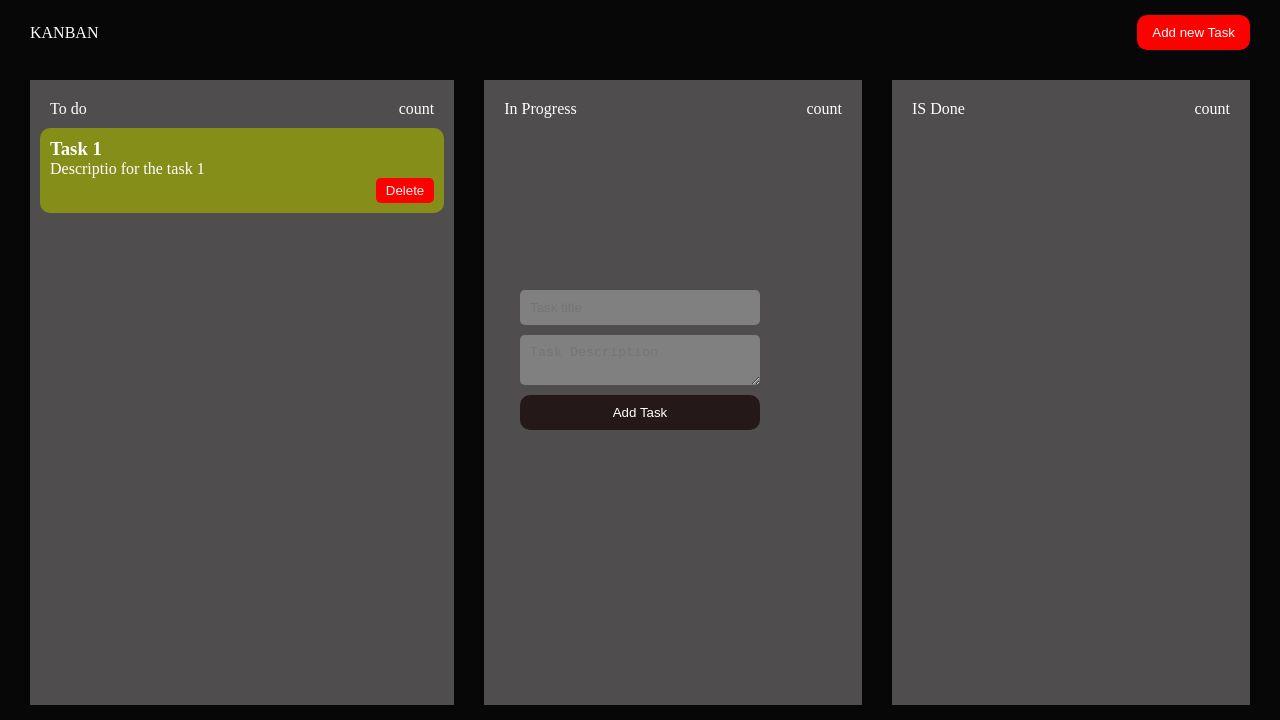
Repository: Sandeepji-5/Kanban-board
Page: index.html
The author's editor kept a copy of each file at every save. The page is drawn from the files as they stood at one save, then again after the next save.
The browser window is 1280 px wide. The pictures show the whole page.

Above is the page before, as saved 2025-12-09 15:13:51.

### index.html
<!DOCTYPE html>
<html lang="en">
<head>
    <meta charset="UTF-8">
    <meta name="viewport" content="width=device-width, initial-scale=1.0">
    <title>Document</title>
    <link rel="stylesheet" href="style.css">
</head>
<body>
    <main>
        <nav>
            <div class="left">KANBAN</div>
            <div class="right"><button id="toggle-modal">Add new Task</button></div>
        </nav>
        <section class="board">
            <div   id="todo" class="task-column">
                <div class="heading">
                    <div class="left">To do </div>
                      <div class="right">count</div>
                </div>
                <div draggable="true" class="task">
                    <h3>Task 1</h3>
                    <p>Descriptio for the task 1 </p>
                    <button>Delete</button>
                </div>
            </div>
            <div id="progress" class="task-column">
                <div class="heading">
                    <div class="left">In Progress</div>
                    <div class="right">count</div>
                </div>

            </div>
            <div  id="done"   class="task-column">
                <div class="heading">
                    <div class="left">IS Done </div>
                    <div class="right"> count</div>
                </div>

            </div>
        </section>


    </main>

    <div class="modal add-new-task">
        <div class="bg">


        <div class="center">
        <input type="text" placeholder="Task title"/>
        <textarea placeholder="Task Description"></textarea>
        <button id="add-new-task" class="add-task-btn"> Add Task</button>
        </div>
        </div>
    </div>



    <script src="kanban.js"></script>
</body>
</html>

### style.css
* {
    margin: 0;
    padding: 0;

    box-sizing: border-box;
}

html,
body {
    width: 100%;
    height: 100%;

}

:root {
    --bg-color: #0000000;
    --bg-button-color: rgb(79, 77, 77);
    --primary-text-color: #f4f4f4;
    --bg-task-color:gray;
    --bg-delete-color:red;



    /* padding 1 rem 2 rem */
    --nav-padding: 15px 30px;
    --section-padding: 15px 30px;
    --padding-s: 5px;
    --padding-m: 10px;
    --padding-l: 15px;
    --padding-xl: 20px;
    --padding-xxl: 30px;


    /* border radius variable  */



    --border-radius-s:5px;
    --border-radius-m:10px;
    --border-radius-l:15px;
    --border-radius-xl:20px;
    --border-radius-xxl:30px;


}

body {
    background-color: rgb(7, 7, 7);
    color: white;
}
main{
    display: flex;
    height: 100%;
    width: 100%;
    flex-direction: column;


}

nav{
    padding: var(--nav-padding);
    display: flex;
    align-items: center;
    justify-content: space-between;

}
nav button{
    background-color: red;
    color: white;
    border: none;
    outline: none;
    padding: var(  --padding-m) var(  --padding-l);
    cursor: pointer;
    border-radius:var(--border-radius-m) ;

}


section{
    padding:var(--section-padding);
    /* height: 100%; */
    display: flex;
    flex-grow: 1;
    justify-content: space-between;

    gap: var(--padding-xxl);

}
section .task-column{
    padding: var(--padding-m);
    background-color: var(--bg-button-color);
    flex-grow: 1  ;
    padding: var(--padding-m)  ;
    display: flex;
    flex-direction: column;
    transition: all 0.7s cubic-bezier(0.19, 1, 0.22, 1);




}
section .task-column.hover-over {
     border: 2px dashed rgb(247, 246, 246);
    transform: scale(1.05);
}
section .task-column .heading{
    display: flex;
    justify-content: space-between ;
    padding: var(--padding-m);
}


section .task-column  .task{

    display: flex;
    flex-direction: column;
    padding: var(--padding-m);
    border-radius: var(--border-radius-m);
    /* background-color: var(--bg-task-color); */
     background-color:rgba(150, 163, 8, 0.763);


}

section .task-column .task button{
    align-self: flex-end;
    cursor: pointer;
    padding: var(--padding-s) var(--padding-m);
    border-radius: var(--border-radius-s);
    border: none;
    outline: none;
    background-color: var(--bg-delete-color);
    color: var(--primary-text-color)  ;
}

.modal{

    position: fixed;
    top: 0;
    left: 0;
    height: 100vh;
    width: 100vw;
    display: flex;
    align-items: center;
    justify-content: center;







}


.modal .center{
    background-color: var(--bg-button-color);
    padding: var(--padding-xxl);
    border-radius: var(--border-radius-m);
    display: flex;
    flex-direction: column;
    gap: var(--padding-m);
    min-width: 300px;

}

.modal .center input,.modal .center textarea, .modal .center select {
    background-color: var(--bg-task-color);
    padding: var(--padding-m);
    border-radius: var(--border-radius-s);
    border: none;
    outline: none;
    color: var(--primary-text-color);

}

.modal .center button{
    background-color: rgb(36, 24, 24);
    color: white;
    border: none;
    outline: none;
    padding: var(  --padding-m) var(  --padding-l);
    cursor: pointer;
    border-radius:var(--border-radius-m) ;

}

### kanban.js
const todo = document.querySelector('#todo');
const progress = document.querySelector('#progress')
const done = document.querySelector('#done');
const tasks = document.querySelectorAll('.task');
let draggedElement = null;

tasks.forEach(task => {
    task.addEventListener("drag", () => {

        draggedElement = task;
    })
})

// progress.addEventListener('dragenter',(e)=>{
//     progress.classList.add('hover-over');
// })


// progress.addEventListener('dragleave', (e)=>{
//     progress.classList.remove('hover-over');
// })


function addDragEventsOnColumn(column) {

    column.addEventListener('dragenter', (e) => {
        e.preventDefault();
        column.classList.add('hover-over');
    });

    column.addEventListener('dragleave', (e) => {
        e.preventDefault();
        column.classList.remove('hover-over');
    })

    column.addEventListener("dragover", (e) => {
        e.preventDefault();
    })

    column.addEventListener('drop', (e) => {

        column.appendChild(draggedElement)
        console.log("draggedElement", draggedElement, column);
        column.classList.remove('hover-over')
         e.preventDefault();
    })

}

addDragEventsOnColumn(todo);
addDragEventsOnColumn(progress)
addDragEventsOnColumn(done)






// const toggleModal = document.querySelector('#toggle-modal');
// const modal = document.querySelector('.modal')
// const addTaskbtn = document.querySelector('.add-task-btn')



// toggleModal.addEventListener('click',()=>{
// modal.classList.add('active');
// })

// addTaskbtn.addEventListener('click', ()=>{
//     modal.classList.remove('active');
// })

After the next save:
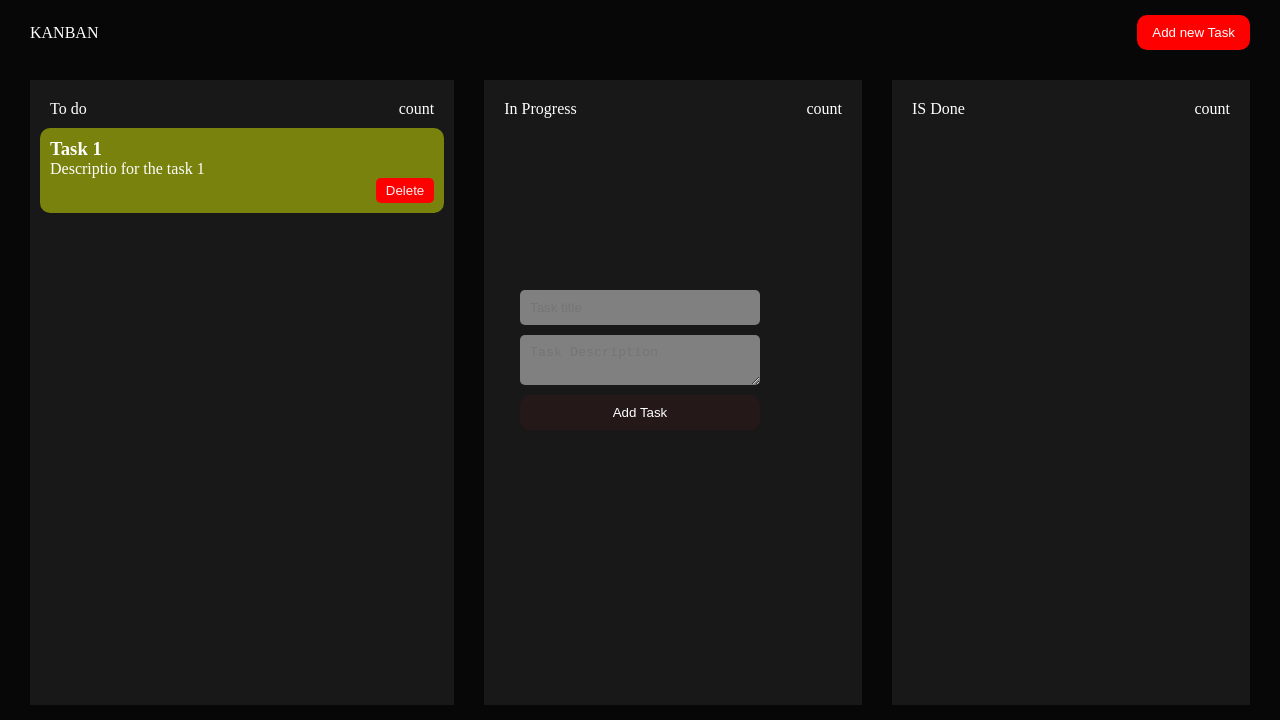
Saved 59 s later.
--- a/style.css
+++ b/style.css
@@ -14,7 +14,7 @@ body {
 
 :root {
     --bg-color: #0000000;
-    --bg-button-color: rgb(79, 77, 77);
+    --bg-button-color: rgb(24, 24, 24);
     --primary-text-color: #f4f4f4;
     --bg-task-color:gray;
     --bg-delete-color:red;
